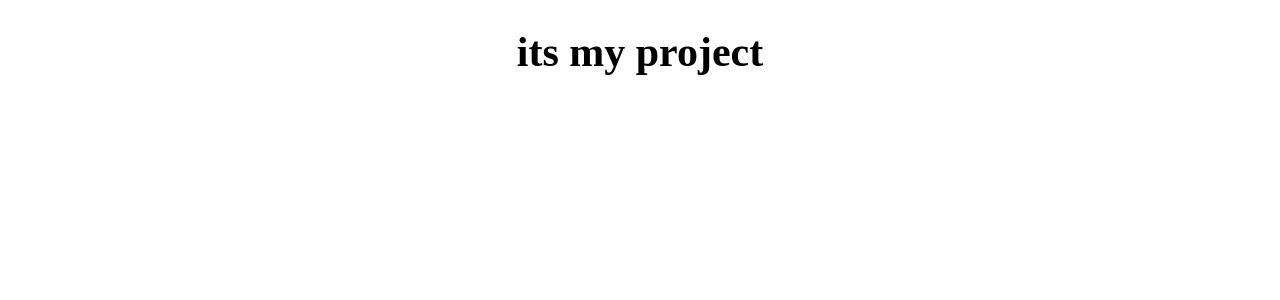
Repository: Hansol46/Films-archive
Page: /
The author's editor kept a copy of each file at every save. The page is drawn from the files as they stood at one save, then again after the next save.
The browser window is 1280 px wide. The pictures show the whole page.
The project was rebuilt for these pictures with package versions that can differ from the ones it lists, and the page was loaded fresh each time. Also part of the build but not shown: webpack.config.js.

Above is the page before, as saved 2020-09-24 14:08:36.

### src/index.html
<!DOCTYPE html>
<html lang="en">
<head>
    <meta charset="UTF-8">
    <meta name="viewport" content="width=device-width, initial-scale=1.0">
    <title>Search Films</title>
</head>
<body>
    <div id='root'>

    </div>
</body>
</html>

### src/index.js
import React from 'react'
import ReactDOM from 'react-dom'
import App from './components/App'


ReactDOM.render(<App />, document.getElementById('root'))

### src/components/App.js
import React from 'react'
import '../styles/App.css'

// class App extends React.Component {
//     render() {
//         return (
//             <div>
//                 <h1> its my project</h1>
//             </div>
//         )
//     }
// }
function App () {
    return (
        <div>
            <h1> its my project</h1>
        </div>
    )
}

export default App

### src/styles/App.css
h1 {
    color: black;
    text-align: center;
    font-size: 42px;
}

### src/styles/App.module.sass
h1
    color: blue
    text-align: center
    font-size: 42px

After the next save:
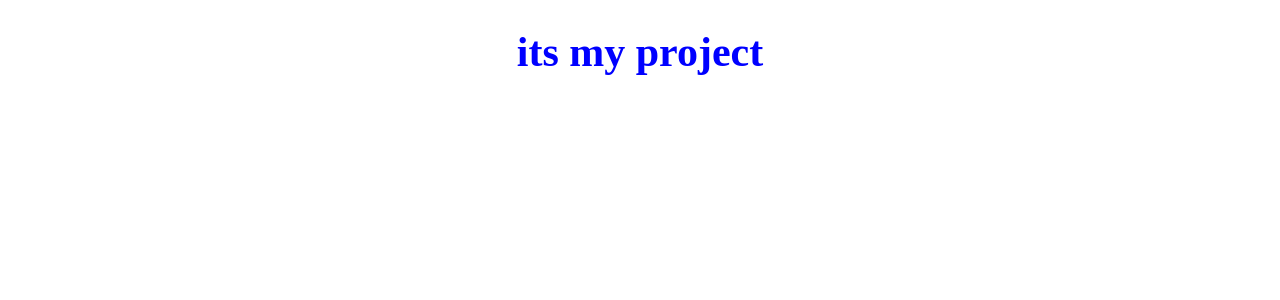
Saved 16 s later.
--- a/src/components/App.js
+++ b/src/components/App.js
@@ -1,5 +1,6 @@
 import React from 'react'
-import '../styles/App.css'
+// import '../styles/App.css'
+import '../styles/App.module.sass'
 
 // class App extends React.Component {
 //     render() {
